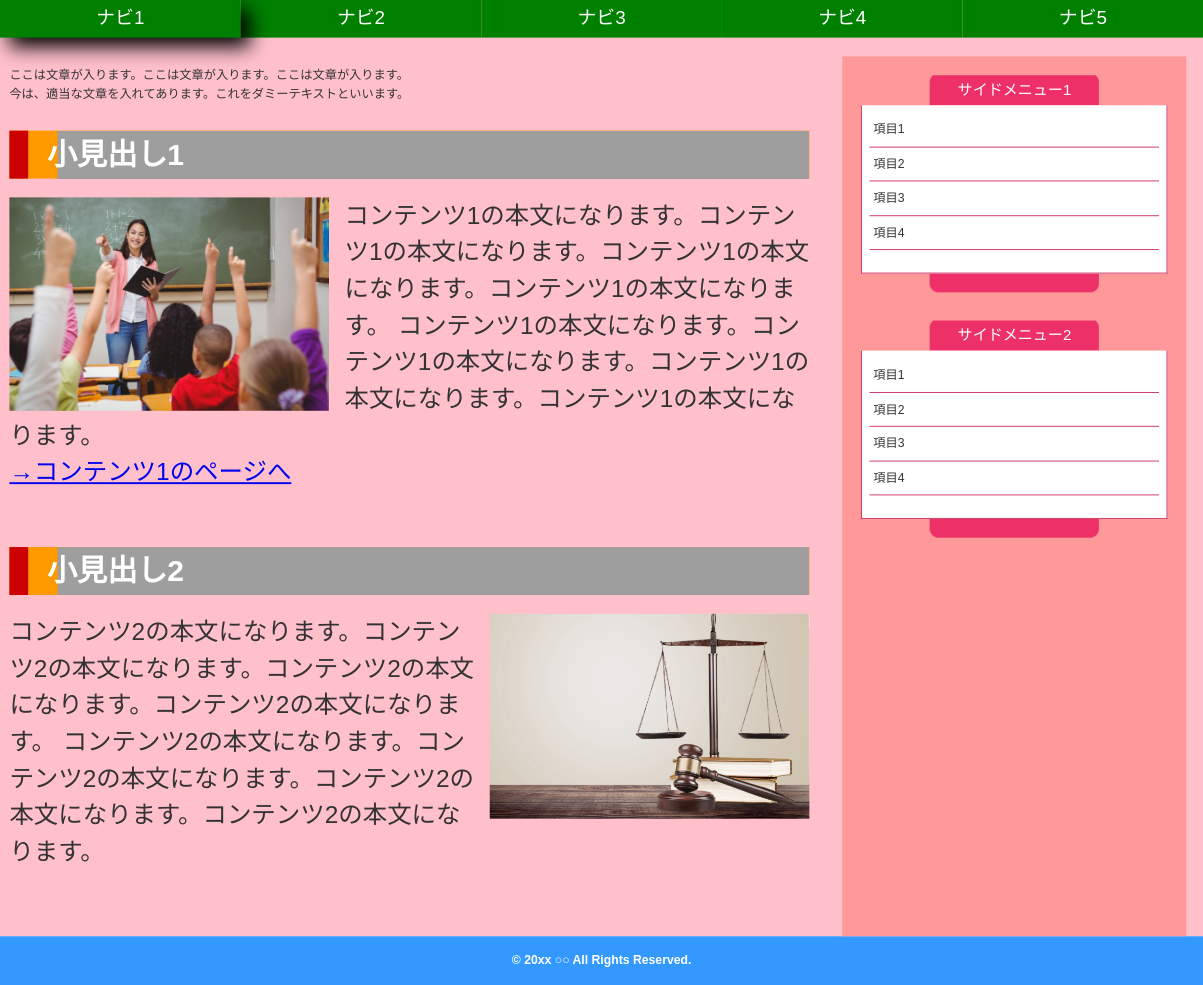
Repository: kanami0019/samurai_HTML-CSS
Page: index.html
The author's editor kept a record of every edit. The page is drawn from the files as they stood at one moment, then again after the next edit.
The browser window is 1280 px wide. The pictures show the whole page, at 94% of full size.
Pictures or frames that could not be fetched are drawn as grey boxes.

Above is the page before.

### index.html
<!DOCTYPE html>
<html lang="ja">
    <head>
        <meta charset="UTF-8">
        <title>HTML/CSSの学習</title>
        <link rel="stylesheet" href="stylesheet.css">
    </head>
    <body>
        <!--<div id="header">-->
        <!--    <h1><a href="index.html"><img id="corridor" src="images/corridor.jpg" alt="大学の廊下" /></a></h1>-->
        <!--</div>-->
        <div id="wrapper">
            <div id="nav">
                <ul>
                    <li><a href="home.html">ナビ1</a></li>
                    <li><a href="#">ナビ2</a></li>
                    <li><a href="#">ナビ3</a></li>
                    <li><a href="#">ナビ4</a></li>
                    <li><a href="#">ナビ5</a></li>
                </ul>
            </div>
            <div id="container">
                <div id="main">
                    <div class="post">
                        <p>ここは文章が入ります。ここは文章が入ります。ここは文章が入ります。<br />今は、適当な文章を入れてあります。これをダミーテキストといいます。</p>
                    </div>
                    <div class="post clearfix">
                        <h2>小見出し1</h2>
                        <img class="left" src="images/classroom.jpg" alt="授業風景" />
                        <p>
                            コンテンツ1の本文になります。コンテンツ1の本文になります。コンテンツ1の本文になります。コンテンツ1の本文になります。
                            コンテンツ1の本文になります。コンテンツ1の本文になります。コンテンツ1の本文になります。コンテンツ1の本文になります。
                        </p>
                        <p><a href="#">→コンテンツ1のページへ</a></p>
                    </div>
                    <div class="post clearfix">
                        <h2>小見出し2</h2>
                        <img class="right" src="images/scale.jpg" alt="天秤" />
                        <p>
                            コンテンツ2の本文になります。コンテンツ2の本文になります。コンテンツ2の本文になります。コンテンツ2の本文になります。
                            コンテンツ2の本文になります。コンテンツ2の本文になります。コンテンツ2の本文になります。コンテンツ2の本文になります。
                        </p>
                    </div>
                </div>
                <div id="side">
                    <div class="box">
                        <h2>サイドメニュー1</h2>
                        <div class="boxBody">
                            <ul>
                                <li>項目1</li>
                                <li>項目2</li>
                                <li>項目3</li>
                                <li>項目4</li>
                            </ul>
                        </div>
                    </div>
                    <div class="box">
                        <h2>サイドメニュー2</h2>
                        <div class="boxBody">
                            <ul>
                                <li>項目1</li>
                                <li>項目2</li>
                                <li>項目3</li>
                                <li>項目4</li>
                            </ul>
                        </div>
                    </div>
                </div>
            </div>
        </div>
        <div id="footer">
            <p>&copy; 20xx ○○ All Rights Reserved.</p>
        </div>
    </body>
</html>

### stylesheet.css
@charset "utf-8";

body {
	margin: 0;
	padding: 0;
	font-family: "ヒラギノ角ゴ Pro W3", "Hiragino Kaku Gothic Pro", "メイリオ", Meiryo, Osaka, "ＭＳ Ｐゴシック", "MS PGothic", sans-serif;
	color: #333;
	font-size: 13px;
	line-height: 150%;
}

/* -------------------- wrapper -------------------- */
#wrapper {
	width: 100%;
	margin: auto;
	padding: 0px;
	border: 0px;
	background-color: pink;
	top: 200px;
}

/* -------------------- header -------------------- */
#header {
	width: 100%;
}
#header h1 {
	margin: 0;
	padding: 0;
}

#corridor {
	width: 100%;
	height: auto;
}

/* -------------------- footer -------------------- */
#footer {
	clear: both;
	width: 100%;
	padding: 3px 0 3px 0;
	background: #39F;
	color: #FFF;
	font-weight: bold;
	text-align: center;
}

/* -------------------- nav -------------------- */
#nav {
	width: 100%;
}
#nav ul {
	display: flex;
	margin: 0;
	padding: 0;
	list-style-type: none;
}
#nav ul li {
	width: 20%;
	text-align: center;
}
#nav ul li a {
	display: block;
	height: 20px;
	margin: 0;
	padding: 10px;
	color: #FFF;
	font-size: 20px;
	text-decoration: none;
	background-color: green;
}

#nav ul li a:hover {
	filter: drop-shadow(10px 10px 10px black);
}

/* -------------------- container -------------------- */
#container {
	width: 100%;
	margin: auto ;
	padding: auto;
	padding-top: 20px;
	clear: both;
	display: grid;
	grid-template-columns: 70vw 30vw;
}
/* -------------------- main -------------------- */
#main {
	width: 95%;
	padding: 10px 30px 10px 10px;
}
#main h2 {
	margin: 0 0 10px 0;
	padding: 3px 10px 3px 10px;
	color: #FFF;
	font-size: 16px;
	border-left: solid 10px #C00;
	background: #F90 url(../images/main_h2.jpg) right top repeat-y;
}
#main p {
	margin: 0;
	padding: 0;
}
#main .post {
	margin: 0 0 30px 0;
}

#main .post img.right {
	margin: 0 0 0 8px;
}
#main .post img.left {
	margin: 0 8px 0 0;
}

.right {
	float: right;
	width: 40%;
	height: auto;
}
.left {
	float: left;
	width: 40%;
	height: auto;
}

/* -------------------- clearfix -------------------- */
.clearfix {
	zoom: 2;
}
.clearfix:after{
	content: "";
	/*display: block; */
	clear: both;
}

/* -------------------- side -------------------- */
#side {
	width: 85%;
	padding: 20px;
	background-color: #F99;
}
#side .box {
	margin: 0 auto 30px auto;
	padding: 0 0 20px 0;
	background: url(images/side_box.png) bottom no-repeat;
}
#side .box h2 {
	margin: 0;
	padding: 8px;
	text-align: center;
	color: #fff;
	font-size: 16px;
	line-height: 16px;
	font-weight: normal;
	background: url(images/side_box_h2.png) center no-repeat;
}
#side .box .boxBody {
	padding: 8px;
	border-right: solid 1px #C36;
	border-bottom: solid 1px #C36;
	border-left: solid 1px #C36;
	background: #fff;
}
#side .box .boxBody ul {
	margin: 0 0 16px 0;
	padding: 0;
}
#side .box .boxBody ul li {
	padding: 8px 0 8px 4px;
	list-style: none;
	border-bottom: solid 1px #C36;
}

#side .box .boxBody ul li:hover {
	padding: 8px 0 8px 4px;
	list-style: none;
	border-bottom: solid 1px #C36;
	box-shadow: 0px 4px 4px rgba(0, 0, 0, 0.3);
}

After the next edit:
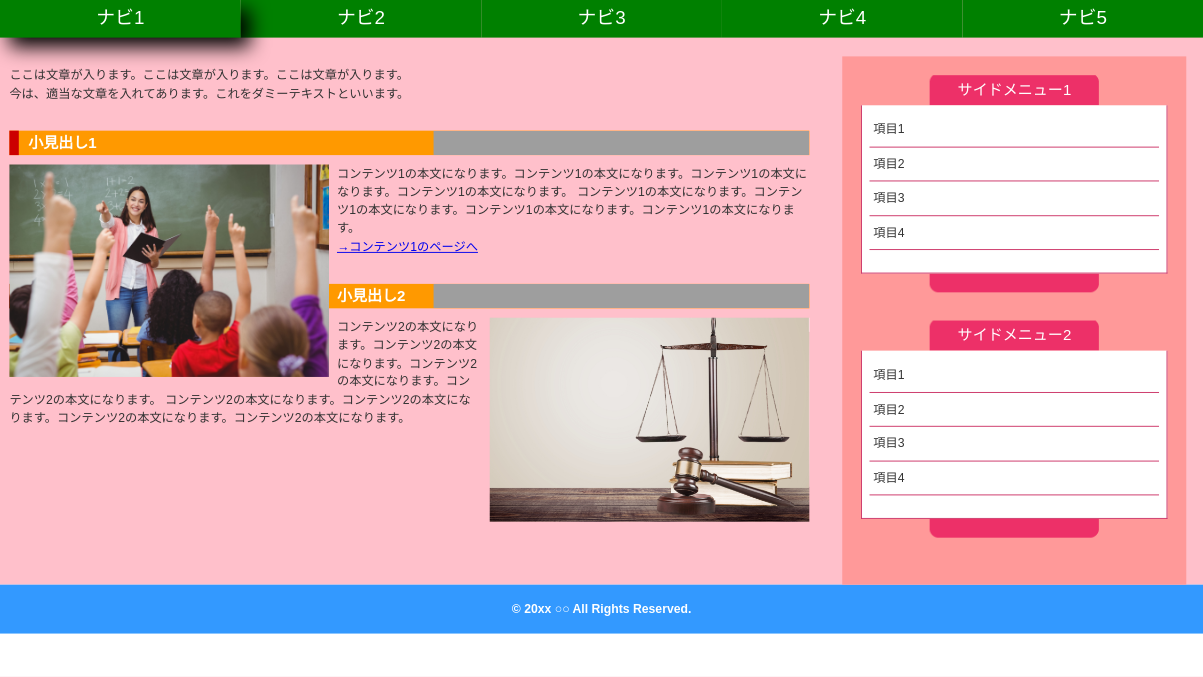
The edit:
--- a/stylesheet.css
+++ b/stylesheet.css
@@ -124,7 +124,7 @@
 
 /* -------------------- clearfix -------------------- */
 .clearfix {
-	zoom: 2;
+	zoom: 1;
 }
 .clearfix:after{
 	content: "";
